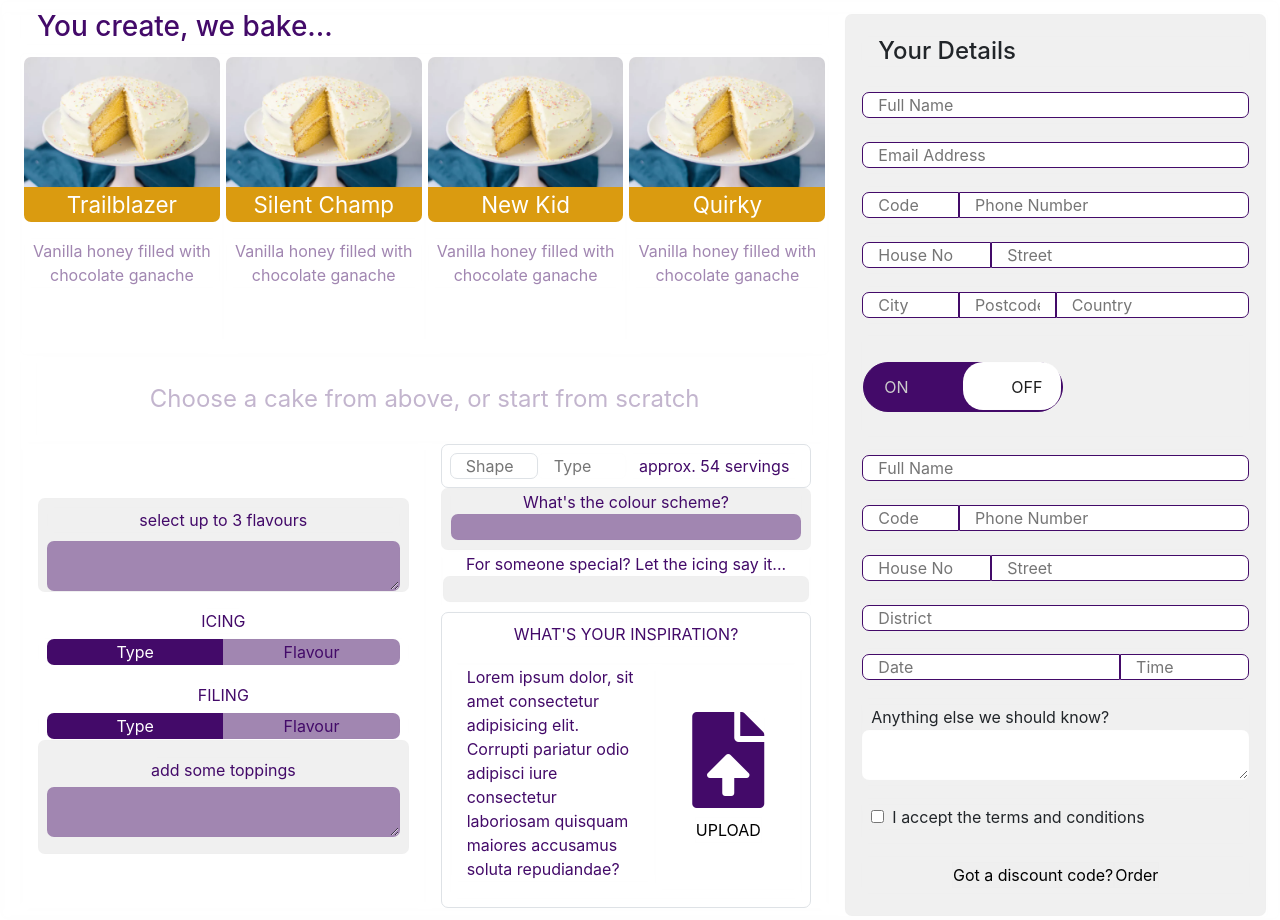
Repository: I-Alpha/BakeryOrderForm
Page: Order-Page.html
An editor plug-in stored every save of this project. The page is shown before and after a run of saves, followed by the edit.
The browser window is 1280 px wide. The pictures show the whole page.

Above is the page before, as saved 2020-12-29 05:01:57.

After the next 2 saves:
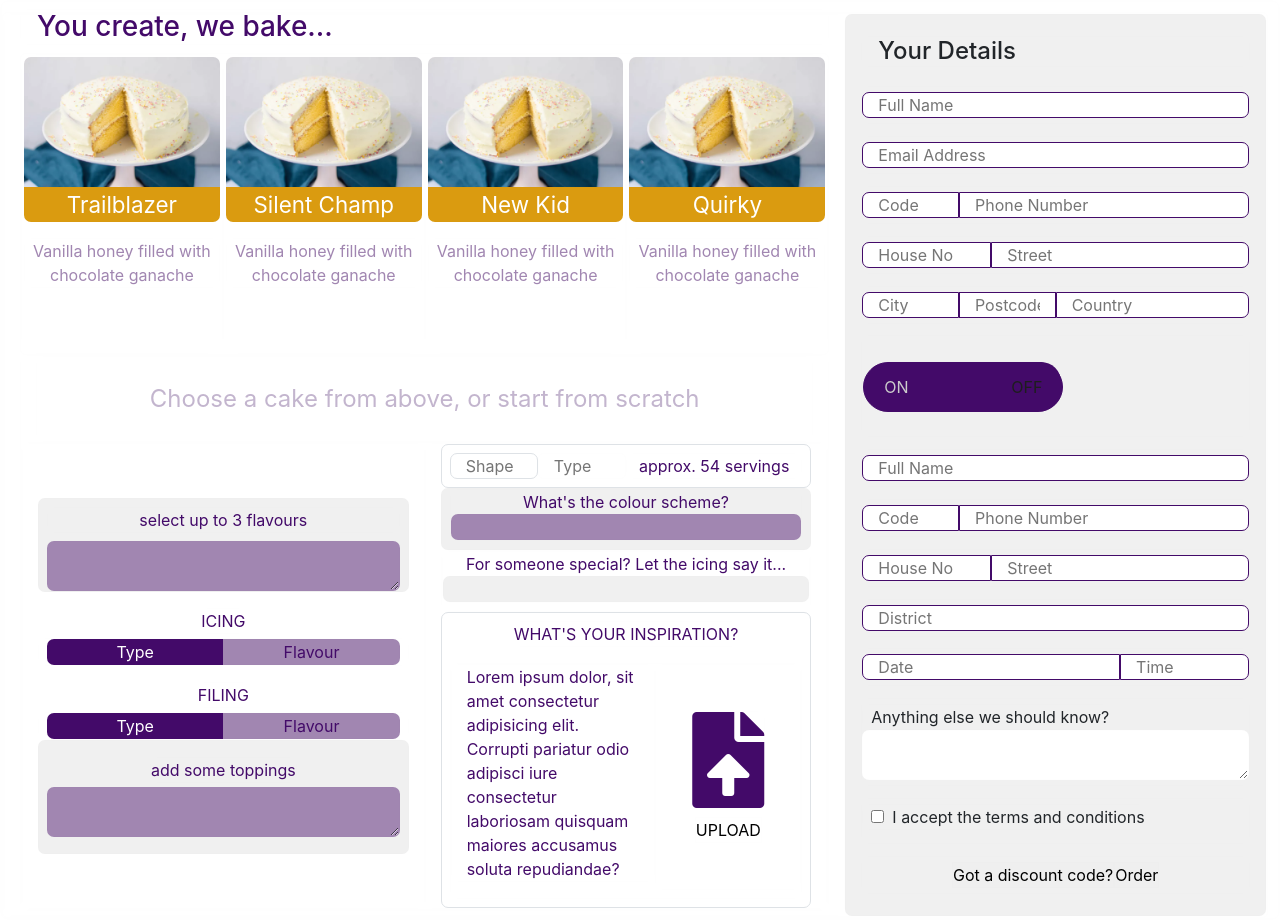
The 2 saves are shown as one change because they came seconds apart.
The last was saved 16 s later.
--- a/Order-Page.html
+++ b/Order-Page.html
@@ -130,7 +130,7 @@
             left: 100px;
             right: 0px;
             top:0;
-            background: #FFFFFF;
+            background:  var(--primary-colour);;
             height:100%;
             transition: left 0.4s 0.2s, right 0.5s, background 0.35s -0.1s;
         }

After the save that followed:
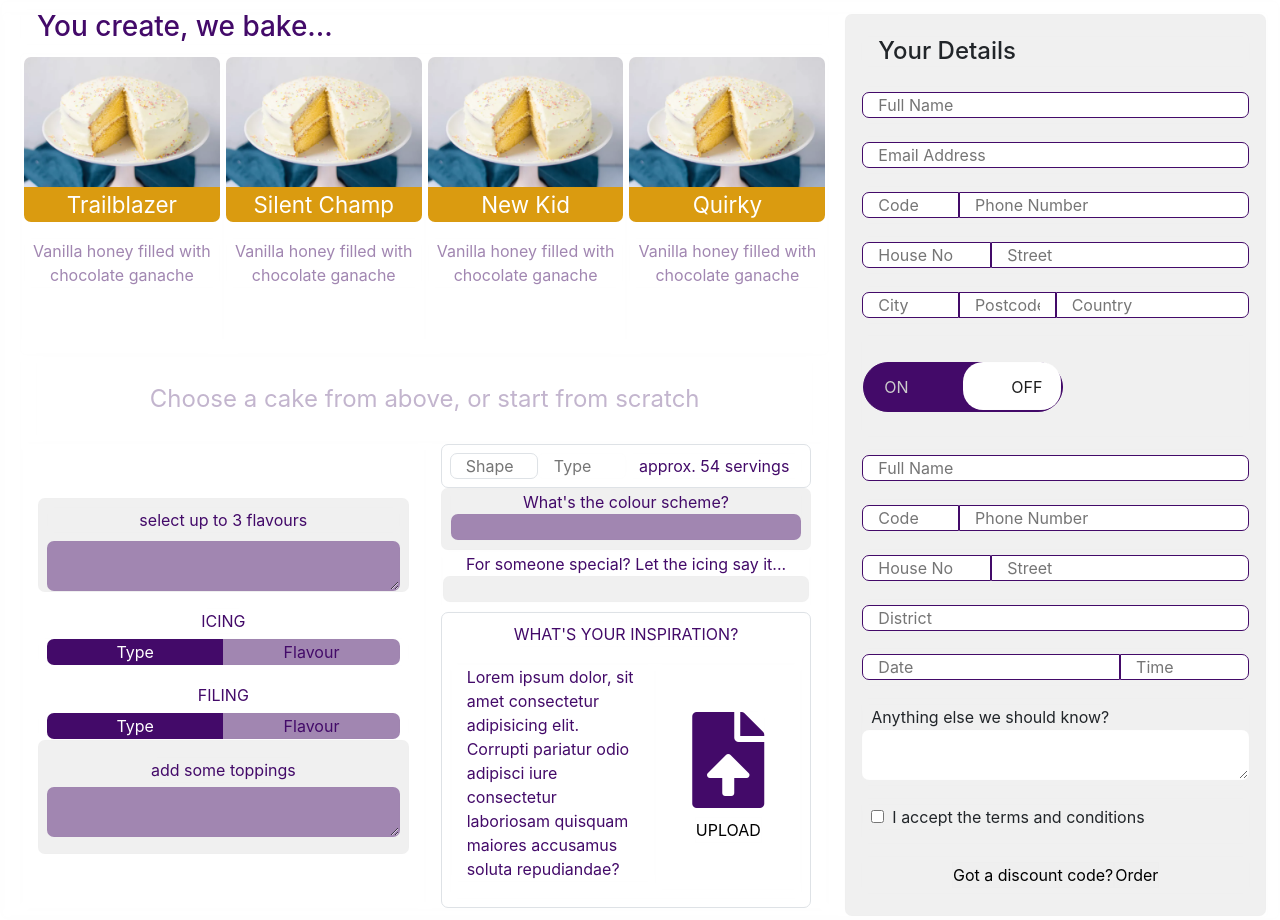
Saved 4 s later.
--- a/Order-Page.html
+++ b/Order-Page.html
@@ -130,7 +130,7 @@
             left: 100px;
             right: 0px;
             top:0;
-            background:  var(--primary-colour);;
+            background: #FFFFFF;
             height:100%;
             transition: left 0.4s 0.2s, right 0.5s, background 0.35s -0.1s;
         }
